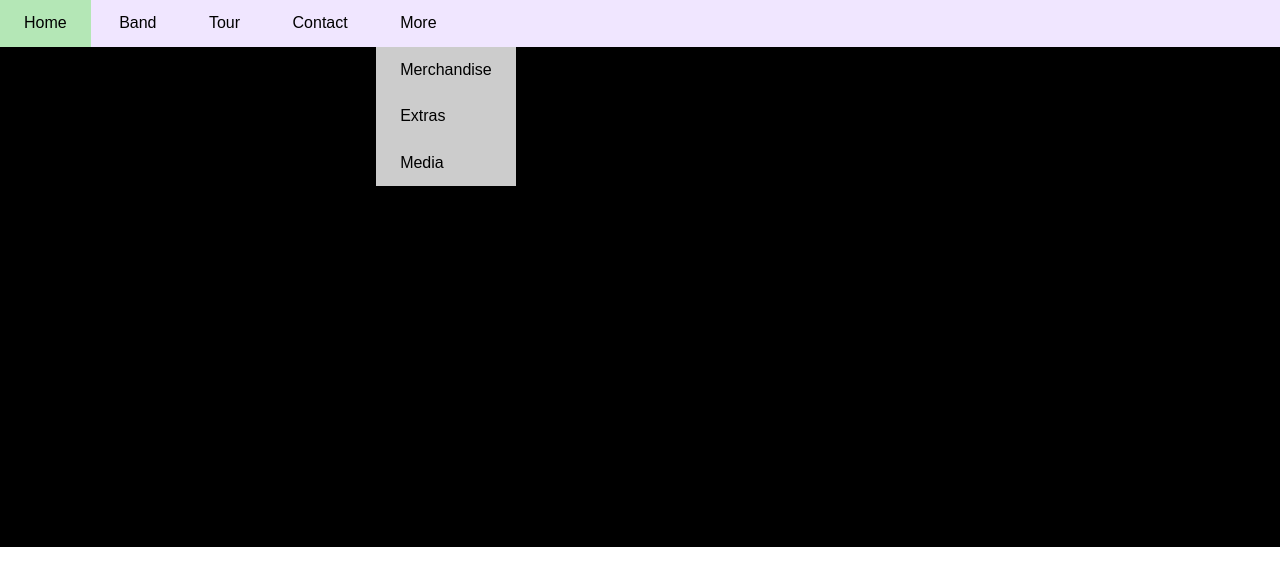
Repository: Ducspdn/WeTheBandF8
Page: w3_band/index.html
An editor plug-in stored every save of this project. The page is shown before and after the next save, followed by the edit.
The browser window is 1280 px wide. The pictures show the whole page.
The pointer rests on the first visible `#nav > li`.

Above is the page before, as saved 2023-01-16 21:55:10.

After the next save:
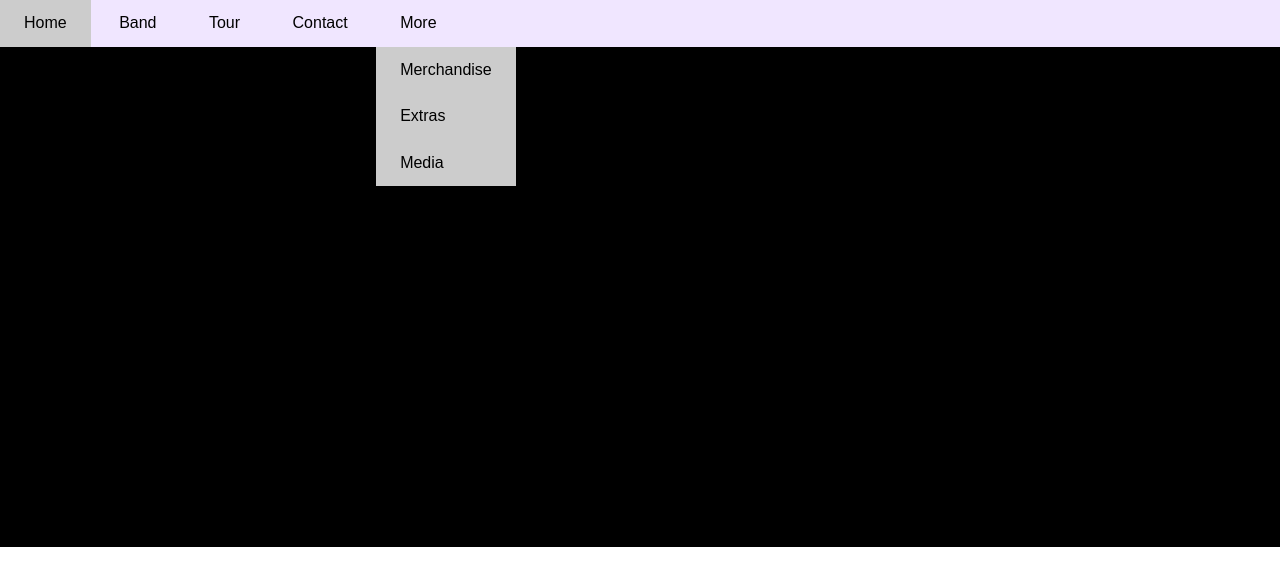
Saved 2 min 15 s later.
--- a/w3_band/assets/css/style.css
+++ b/w3_band/assets/css/style.css
@@ -54,7 +54,9 @@ html{
 }
 #nav > li:hover > a {
     color : black ;
+    background-color: #ccc;
 }
+
 #nav .subnav{
     /* display: none; */
     position :absolute ;
@@ -62,6 +64,10 @@ html{
 }
 #nav .subnav a {
     color: black;
+}
+#nav .subnav li:hover{
+    color : black ;
+    background-color: #ccc;
 }
 #slider {
     min-height: 500px;
